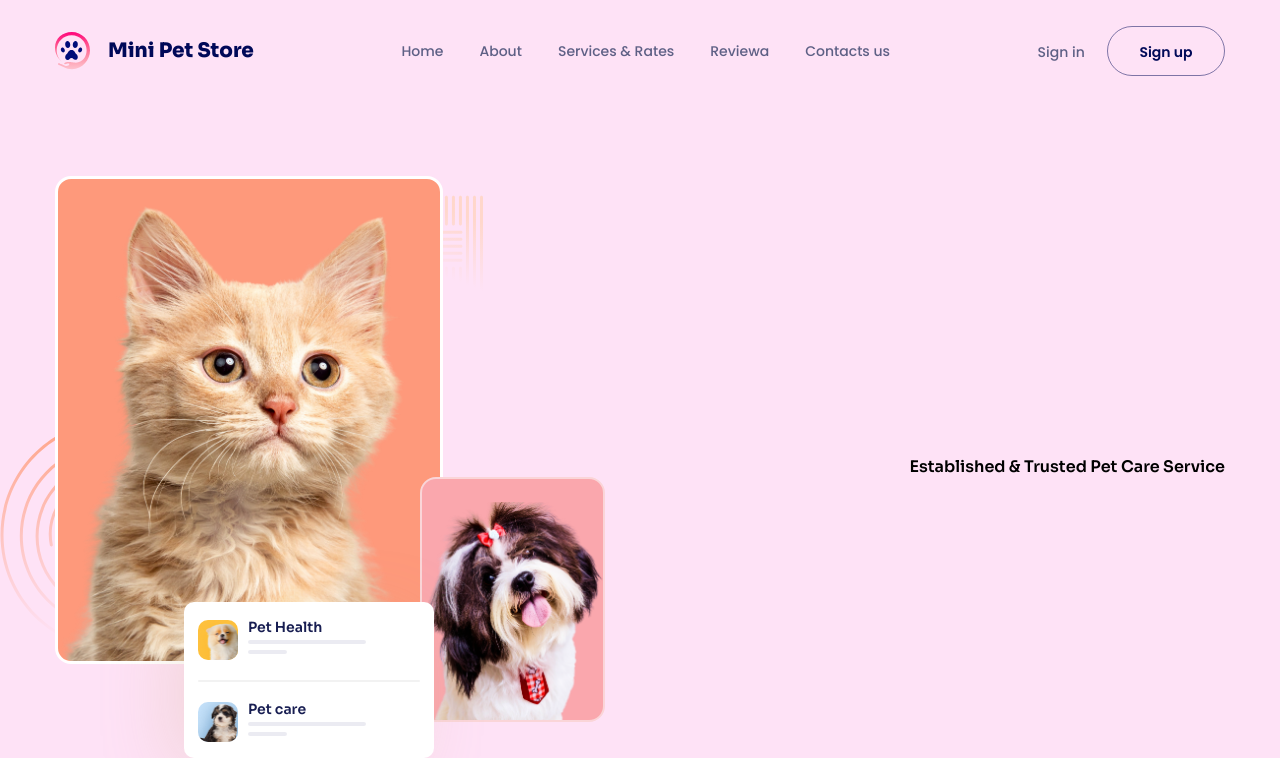
Repository: Tran-Dat/ASM-HTML5-F8-04
Page: index.html
These files come from the project's save history. The page is drawn as it stood at one moment and after the next save; the edit follows.
The browser window is 1280 px wide. The pictures show the whole page.

Above is the page before, as saved 2023-06-12 16:41:21.

### index.html
<!DOCTYPE html>
<html lang="en">
    <head>
        <meta charset="UTF-8" />
        <meta name="viewport" content="width=device-width, initial-scale=1.0" />
        <title>PS27621-TranTanDat-ASM</title>

        <!-- favicon -->
        <link
            rel="apple-touch-icon"
            sizes="57x57"
            href="./assets/favicon/apple-icon-57x57.png"
        />
        <link
            rel="apple-touch-icon"
            sizes="60x60"
            href="./assets/favicon/apple-icon-60x60.png"
        />
        <link
            rel="apple-touch-icon"
            sizes="72x72"
            href="./assets/favicon/apple-icon-72x72.png"
        />
        <link
            rel="apple-touch-icon"
            sizes="76x76"
            href="./assets/favicon/apple-icon-76x76.png"
        />
        <link
            rel="apple-touch-icon"
            sizes="114x114"
            href="./assets/favicon/apple-icon-114x114.png"
        />
        <link
            rel="apple-touch-icon"
            sizes="120x120"
            href="./assets/favicon/apple-icon-120x120.png"
        />
        <link
            rel="apple-touch-icon"
            sizes="144x144"
            href="./assets/favicon/apple-icon-144x144.png"
        />
        <link
            rel="apple-touch-icon"
            sizes="152x152"
            href="./assets/favicon/apple-icon-152x152.png"
        />
        <link
            rel="apple-touch-icon"
            sizes="180x180"
            href="./assets/favicon/apple-icon-180x180.png"
        />
        <link
            rel="icon"
            type="image/png"
            sizes="192x192"
            href="./assets/favicon/android-icon-192x192.png"
        />
        <link
            rel="icon"
            type="image/png"
            sizes="32x32"
            href="./assets/favicon/favicon-32x32.png"
        />
        <link
            rel="icon"
            type="image/png"
            sizes="96x96"
            href="./assets/favicon/favicon-96x96.png"
        />
        <link
            rel="icon"
            type="image/png"
            sizes="16x16"
            href="./assets/favicon/favicon-16x16.png"
        />
        <link rel="manifest" href="./assets/favicon/manifest.json" />
        <meta name="msapplication-TileColor" content="#ffffff" />
        <meta
            name="msapplication-TileImage"
            content="./assets/favicon/ms-icon-144x144.png"
        />
        <meta name="theme-color" content="#ffffff" />

        <!-- reset css -->
        <link rel="stylesheet" href="./assets/css/reset.css" />

        <!-- Font gg -->
        <link rel="preconnect" href="https://fonts.googleapis.com" />
        <link rel="preconnect" href="https://fonts.gstatic.com" crossorigin />
        <link
            href="https://fonts.googleapis.com/css2?family=Poppins:wght@300;400;500;600&family=Sora:wght@600;700;800&display=swap"
            rel="stylesheet"
        />

        <!-- styles css -->
        <link rel="stylesheet" href="./assets/css/styles.css" />
    </head>
    <body>
        <!-- Header -->
        <header class="header">
            <div class="container">
                <div class="header__inner">
                    <!-- Logo -->
                    <div class="header-logo">
                        <img src="./assets/img/logo.svg" alt="" class="logo" />
                        <h1 class="header-logo__title">
                            <a href="#!">Mini Pet Store</a>
                        </h1>
                    </div>

                    <!-- navbar -->
                    <nav class="navbar">
                        <ul class="navbar__list">
                            <li class="navbar__item">
                                <a href="#" class="navbar__link">Home</a>
                            </li>
                            <li class="navbar__item">
                                <a href="#" class="navbar__link">About</a>
                            </li>
                            <li class="navbar__item">
                                <a href="#" class="navbar__link"
                                    >Services & Rates</a
                                >
                            </li>
                            <li class="navbar__item">
                                <a href="#" class="navbar__link">Reviewa</a>
                            </li>
                            <li class="navbar__item">
                                <a href="#" class="navbar__link">Contacts us</a>
                            </li>
                        </ul>
                    </nav>

                    <!-- header action -->
                    <div class="header-action">
                        <a href="" class="header-action__link">Sign in</a>
                        <a href="" class="btn header-action__btn">Sign up</a>
                    </div>
                </div>
            </div>
        </header>

        <!-- Hero -->
        <section class="hero">
            <div class="container">
                <div class="hero__inner">
                    <!-- hero media -->
                    <div class="hero__media">
                        <!-- pet-01 -->
                        <div class="hero__img-wrap">
                            <img
                                src="./assets/img/pet-01.png"
                                alt=""
                                class="hero__img"
                            />

                            <!-- Decorators -->
                            <img
                                src="./assets/img/decor-01.svg"
                                alt=""
                                class="hero__decor hero__decor-left"
                            />
                            <img
                                src="./assets/img/decor-02.svg"
                                alt=""
                                class="hero__decor hero__decor-right"
                            />
                        </div>

                        <!-- Pet-02 -->
                        <div class="hero__img-wrap hero__img-wrap-small">
                            <img
                                src="./assets/img/pet-02.png"
                                alt=""
                                class="hero__img"
                            />
                        </div>

                        <div class="hero__list">
                            <!-- hero list item 1 -->
                            <div class="hero-list-item">
                                <img
                                    src="./assets/img/pet-03.png"
                                    alt=""
                                    class="hero-list-item__thumb"
                                />

                                <div class="hero-list-item__info">
                                    <p class="hero-list-item__title">
                                        Pet Health
                                    </p>
                                    <div class="hero-list-item__skeleton"></div>
                                    <div
                                        class="hero-list-item__skeleton"
                                        style="--width: 39px"
                                    ></div>
                                </div>
                            </div>

                            <span class="hero-list-item__separate"></span>

                            <!-- hero list item 2 -->
                            <div class="hero-list-item">
                                <img
                                    src="./assets/img/pet-04.png"
                                    alt=""
                                    class="hero-list-item__thumb"
                                />

                                <div class="hero-list-item__info">
                                    <p class="hero-list-item__title">
                                        Pet care
                                    </p>
                                    <div class="hero-list-item__skeleton"></div>
                                    <div
                                        class="hero-list-item__skeleton"
                                        style="--width: 39px"
                                    ></div>
                                </div>
                            </div>
                        </div>
                    </div>

                    <!-- hero content -->
                    <section class="hero__content">
                        <h1 class="hero__heading">
                            Established & Trusted Pet Care Service
                        </h1>
                    </section>
                </div>
            </div>
        </section>
    </body>
</html>

### assets/css/styles.css
* {
    box-sizing: border-box;
}

html {
    font-size: 62.5%;
}

body {
    font-size: 1.6rem;
    font-family: "Poppins", sans-serif;
    background: #fee2f6;
}

/* ============================ common ============================ */

a {
    text-decoration: none;
}

h1,
h2,
h3,
h4,
h5,
h6 {
    font-family: "Sora", sans-serif;
}

input,
textarea,
select,
button {
    font-size: inherit;
    font-family: inherit;
}

.container {
    width: 1170px;
    max-width: calc(100% - 48px);
    margin: 0 auto;
}

.btn {
    --height: 56px;

    display: inline-block;
    min-width: 130px;
    height: var(--height);
    line-height: var(--height);
    border: 1px solid #00095880;
    border-radius: 99px;

    font-weight: 600;
    font-size: 1.4rem;

    text-align: center;
    color: #000958;
}

.btn:hover {
    opacity: 0.9;
}

/* =============== Header =============== */

.header {
    padding: 26px 0;
}

.header__inner {
    display: flex;
    align-items: center;
    justify-content: space-between;
}

.header-logo {
    display: flex;
    align-items: center;
}

.header-logo__title a {
    padding: 8px 18px;
    font-weight: 800;
    font-size: 20px;
    color: #000958;
}

.navbar__list {
    display: flex;
}

.navbar__link,
.header-action__link {
    padding: 8px 18px;
    font-weight: 500;
    font-size: 1.4rem;
    line-height: 1;
    color: #5e6085;
}

.navbar__link:hover {
    color: #000958;
    text-shadow: 1px 0 0 currentColor;
}

.header-action__btn {
    --height: 50px;

    min-width: 118px;
}

/* =============== Hero =============== */
.hero {
    margin-top: 74px;
}

.hero__inner {
    display: flex;
    align-items: center;
    justify-content: space-between;
}

.hero__media {
    position: relative;
    display: flex;
    padding-bottom: 94px;
}

.hero__img-wrap {
    position: relative;
    display: flex;
    align-items: flex-end;
    justify-content: center;
    width: 388px;
    height: 488px;
    background: #fe997b;
    border-radius: 16px;
    border: 3px solid #fff;
}

.hero__img {
    max-width: 100%;
    max-height: 100%;
    border-radius: inherit;
}

.hero__decor {
    z-index: -1;
    position: absolute;
}

.hero__decor-left {
    left: -58px;
    bottom: 10px;
}

.hero__decor-right {
    top: 16px;
    right: -43px;
}

.hero__img-wrap-small {
    align-self: flex-end;
    margin: 0 0 -58px -23px;
    width: 185px;
    height: 245px;
    background: #faa7ad;
    border-radius: 16px;
    border: 2px solid #fad5d8;
}

.hero__list {
    position: absolute;
    left: 129px;
    bottom: 0;
    width: 250px;
    height: 156px;
    padding: 18px 14px;
    background: #ffffff;
    box-shadow: -17px 14px 68px -4px rgba(207, 174, 132, 0.25);
    border-radius: 10px;
}

.hero-list-item {
    display: flex;
}

.hero-list-item__thumb {
    height: 40px;
    width: 40px;
    border-radius: 10px;
    object-fit: cover;
    background: #fec23f;
}

.hero-list-item__info {
    margin-left: 10px;
}

.hero-list-item__title {
    font-family: Sora, sans-serif;
    font-weight: 600;
    font-size: 1.4rem;
    line-height: 1;
    color: #181e52;
}

.hero-list-item__skeleton {
    margin-top: 6px;
    width: var(--width, 118px);
    height: 4px;
    background: #000958;
    opacity: 0.08;
    border-radius: 10px;
}

.hero-list-item__separate {
    display: block;
    width: 100%;
    height: 2px;
    margin: 20px 0;
    background: #f2f2f2;
    border-radius: 99px;
}

.hero-list-item:nth-of-type(2) .hero-list-item__thumb {
    background: #c6e2fa;
}

Loaded but not shown: assets/css/reset.css (common file)

After the next save:
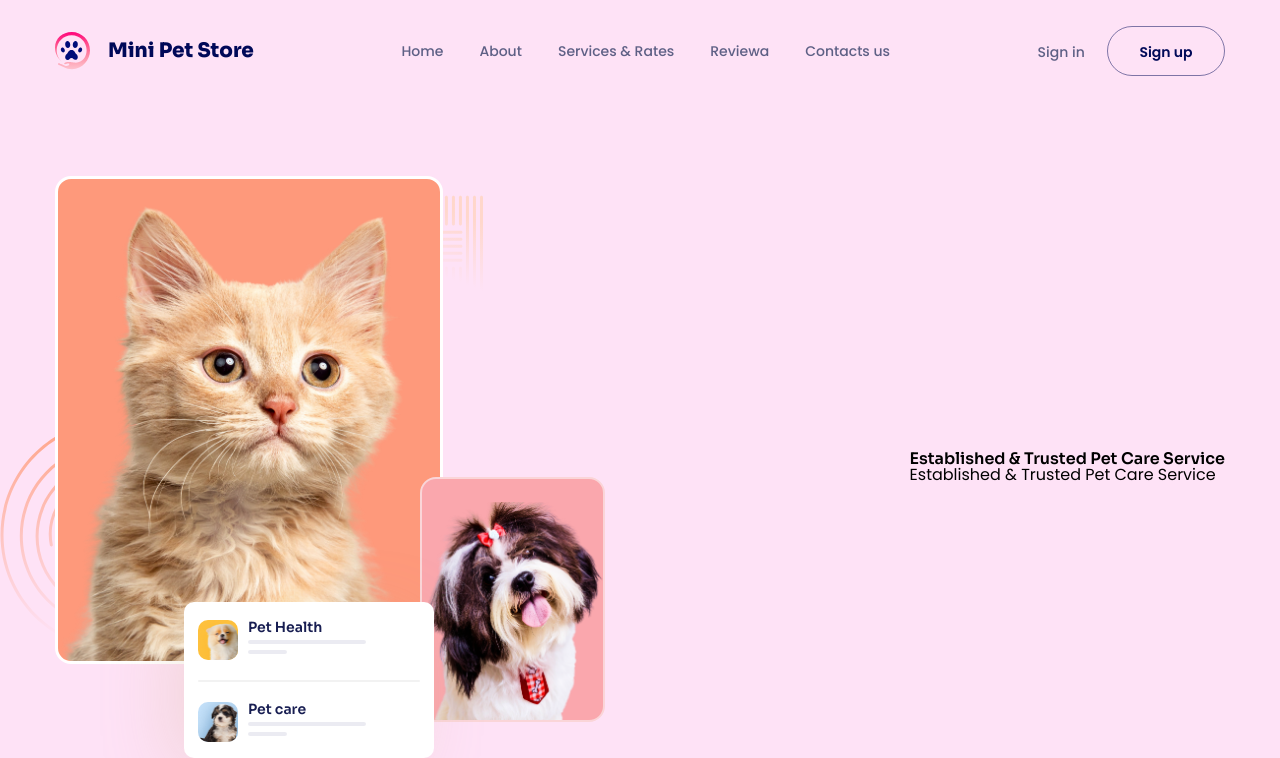
Saved 19 s later.
--- a/index.html
+++ b/index.html
@@ -228,6 +228,9 @@
                         <h1 class="hero__heading">
                             Established & Trusted Pet Care Service
                         </h1>
+                        <p class="hero__desc">
+                            Established & Trusted Pet Care Service
+                        </p>
                     </section>
                 </div>
             </div>
